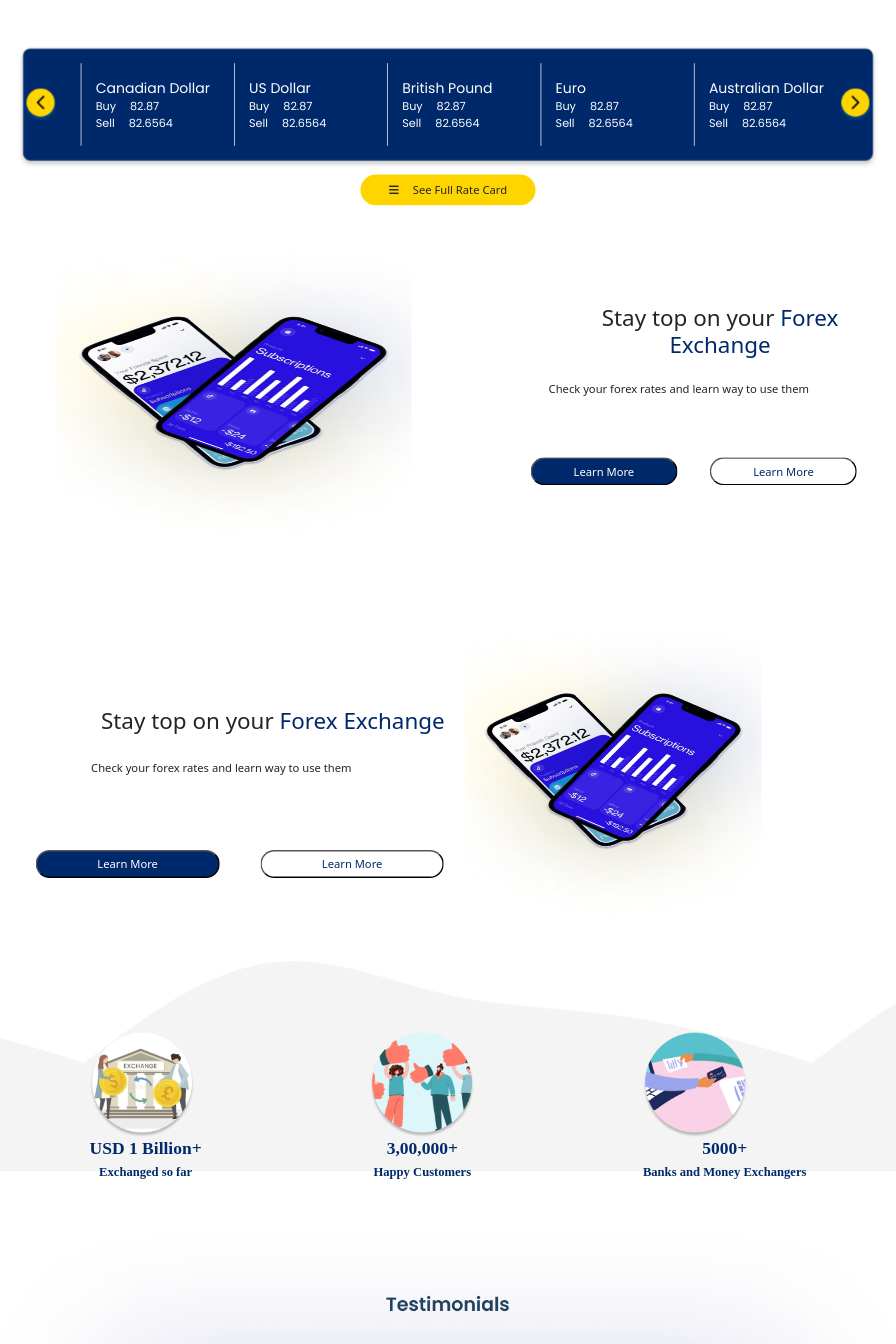
Repository: FlyweisReact/Akshadeep-latest
Page: /
An editor plug-in stored every save of this project. The page is shown before and after a run of saves, followed by the edit.
The browser window is 1280 px wide. The pictures show the part of the page from y = 715 to 2635 px (the page is 4512 px tall before and 4504 px after), at 70% of full size.
Some web libraries are served in a nearby version. The project was rebuilt for these pictures with package versions that can differ from the ones it lists, and the page was loaded fresh each time. Also part of the build but not shown: src/components/exchange.jsx, src/components/order_p1.jsx, src/components/order_p2.jsx, src/components/faas.jsx, src/components/offer.jsx, src/components/main2.jsx, src/components/home.jsx, src/components/slider.jsx and 6 more.

Above is the page before, as saved 2023-05-23 15:42:14.

### public/index.html
<!DOCTYPE html>
<html lang="en">
  <head>
    <meta charset="utf-8" />
    <link rel="icon" href="%PUBLIC_URL%/favicon.ico" />
    <meta name="viewport" content="width=device-width, initial-scale=1" />
    <meta name="theme-color" content="#000000" />
    <meta
      name="description"
      content="Web site created using create-react-app"
    />
    <link rel="apple-touch-icon" href="%PUBLIC_URL%/logo192.png" />

    <link rel="manifest" href="%PUBLIC_URL%/manifest.json" />
    <link rel="stylesheet" href="https://cdnjs.cloudflare.com/ajax/libs/font-awesome/5.15.3/css/all.min.css" />
    <link href="https://cdn.jsdelivr.net/npm/bootstrap@5.3.0-alpha1/dist/css/bootstrap.min.css" rel="stylesheet" integrity="sha384-GLhlTQ8iRABdZLl6O3oVMWSktQOp6b7In1Zl3/Jr59b6EGGoI1aFkw7cmDA6j6gD" crossorigin="anonymous">
    <title>React App</title>
  </head>
  <body>
    <noscript>You need to enable JavaScript to run this app.</noscript>
    <div id="root"></div>
    <script src="https://kit.fontawesome.com/b533b351e4.js" crossorigin="anonymous"></script>
  </body>
</html>

### src/components/Main.jsx
/** @format */

import React from "react";
import Navbar from "./navbar";
import "react-responsive-carousel/lib/styles/carousel.min.css";
import BottomCont from "./bottom_cont";
import Footer from "./footer";
import img from "../Images/a-7.png";
import img5 from "../Images/a-58.png";
import UpperForm from "./Component/Index/UpperForm";
import UpperSlider from "./Component/Index/UpperSlider";
import CurrencySlider from "./Component/Index/CurrencySlider";

function Main() {
  return (
    <>
      <Navbar />

      <div className="upper-two-component">
        <div className="left-component">
          <UpperForm />
        </div>
        <div className="right-component">
          <UpperSlider />
        </div>
      </div>

      <div className="Index-currency_cont">
        <CurrencySlider />
      </div>

      <div className="Index_center_button">
      <i className="fa-solid fa-bars"></i>
        <p>See Full Rate Card</p>
      </div>

      {/* <div className="main-mid-2-cont">
        <img src={img5} alt="" />
      </div> */}

      <div className="main-2-cont">
        <div className="main-2-left">
          <img src={img} alt="" />
        </div>
        <div className="main-2-right">
          <h2>
            Stay top on your <spam className="sp">Forex Exchange</spam>
          </h2>
          <p>Check your forex rates and learn way to use them</p>
          <div className="main-2-r-btn">
            <button className="main-2l-btn">Learn More</button>
            <button className="main-2r-btn">Learn More</button>
          </div>
        </div>
      </div>
      <div className="main-3-cont">
        <div className="main-3-left">
          <h2>
            Stay top on your <spam className="sp">Forex Exchange</spam>
          </h2>
          <p>Check your forex rates and learn way to use them</p>
          <div className="main-2-r-btn">
            <button className="main-2l-btn">Learn More</button>
            <button className="main-2r-btn">Learn More</button>
          </div>
        </div>
        <div className="main-3-right">
          <img src={img} alt="" />
        </div>
      </div>
      <BottomCont />
      <Footer />
    </>
  );
}

export default Main;

### src/Style/Header.css
/** @format */

.Sticky-Header-Companent {
  height: 100%;
  background-color: var(--white);
  position: sticky;
  top: 0;
  z-index: 999;
  padding: 20px;
  transition: box-shadow 0.3s ease;
}

.scrolled {
  box-shadow: rgba(0, 0, 0, 0.24) 0px 3px 8px;
}

.Header {
  width: 100%;
  display: flex;
  justify-content: space-between;
  align-items: center;
}

.Header .left-component a {
  font-family: InterFont;
  font-size: 2rem;
  color: #000000;
  cursor: pointer;
  text-decoration: none;
}

.Header .right-component {
  display: flex;
  gap: 20px;
}
.Header .right-component .btn1 {
  font-weight: 500;
  font-size: var(--medium-font);
  color: var(--black);
  background-color: transparent;
  border: none;
}
.Header .right-component .btn2 {
  font-size: var(--medium-font);
  color: var(--white);
  background-color : #00296B;
  border: 1px solid #00296B;
  padding: 10px;
  width: 200px;
  border-radius: var(--half-border);
}

/* Category Drop- Down */
.Drop-Category-Bar {
  display: flex;
  align-items: center;
}
.Drop-Category-Bar .left-container {
  width: 20%;
  padding: 20px;
}

.Drop-Category-Bar .right-Container {
  display: flex;
  width: 60%;
  justify-content: space-evenly;
}

.Drop-Category-Bar .left-container i {
  font-size: var(--medium-font);
  cursor: pointer;
}
.Drop-Category-Bar .right-Container #dropdown-basic {
  border: none;
  font-size: var(--medium-font);
  font-style: normal;
  line-height: 29px;
  color: #333131;
}
.Drop-Category-Bar .right-Container #dropdown-button-drop-end {
  width: 100%;
  display: flex;
  justify-content: space-between;
  gap: 20px;
  align-items: center;
  font-size: var(--small-font);
  border: none;
}
.Drop-Category-Bar .right-Container .dropdown-item {
  width: 100%;
  font-size: var(--small-font);
  border: none;
  padding-left: 12px;
}

/* FullScreen Offcanvas */
.offcanvas.offcanvas-start {
  width: 100% !important;
  background-color: transparent;
}
.offcanvas-backdrop.show {
  opacity: 0.9 !important;
}
.Offcanvas-Menu {
  position: relative;
  padding: 20px;
}
.Offcanvas-Menu .fa-x {
  font-size: var(--medium-font);
  color: #fff;
  position: absolute;
  right: 20px;
  top: 20px;
  cursor: pointer;
}
.Offcanvas-Menu .Menu-Items {
  display: flex;
  justify-content: space-evenly;
  align-items: center;
  position: absolute;
  top: 50%;
  gap: 20px;
  left: 50%;
  transform: translate(-50%, -50%);
  width: 100%;
  padding-left: 5%;
  padding-right: 5%;
}
.Offcanvas-Menu .Menu-Items div {
  width: 20%;
  cursor: pointer;
}
.Offcanvas-Menu .Menu-Items div img {
  display: block;
  margin: auto;
}
.Offcanvas-Menu .Menu-Items div a {
  text-decoration: none;
}
.Offcanvas-Menu .Menu-Items p {
  font-size: var(--medium-font);
  color: #ffffff;
  text-align: center;
  margin-top: 10px;
  font-family: OpenFont;
  text-decoration: none;
  width: 100%;
}

### src/Style/Layout.css
/**
 * Two Section Component
 *
 * @format
 */

.upper-two-component {
  display: flex;
  justify-content: space-evenly;
  padding-top: 20px;
}
.upper-two-component .left-component {
  width: 40%;
}
.upper-two-component .right-component {
  width: 50%;
}

/* Currency Container */
.Index-currency_cont {
  width: 98%;
  margin: auto;
  padding: 20px;
  filter: drop-shadow(0px 4px 4px rgba(0, 0, 0, 0.25));
  padding-top: 5%;
}

/* Rate Button */
.Index_center_button {
  width: 250px;
  background: #ffd500;
  border-radius: 27px;
  display: flex;
  gap: 20px;
  justify-content: center;
  align-items: center;
  padding: 10px;
  margin: auto;
}
.Index_center_button i {
    margin: 0;
}
.Index_center_button p{
    margin: 0;
}

### src/Style/Component.css
/**
 * Upper Form Component
 *
 * @format
 */

.Index-Upper-Form {
  width: 100%;
  padding-top: 20px;
}
.Index-Upper-Form .button-container {
  display: flex;
  align-items: center;
  justify-content: center;
  gap: 10px;
  width: 100%;
}
.Index-Upper-Form .button-container button {
  background-color: #fff;
  color: #333;
  border: 1px solid #ffd500;
  font-size: var(--small-font);
  cursor: pointer;
  padding: 10px;
  width: 20%;
  font-family: OpenFont;
  border-radius: 4px;
  transition: 0.5s;
}
.Index-Upper-Form .button-container button:hover {
  background: #ffd500;
}
.Index-Upper-Form .form-cont {
  width: 100%;
  margin-top: 10px;
  background: #00296b;
  border: 1px solid #333131;
  box-shadow: 0px 0px 100px 8px rgba(255, 213, 0, 0.3);
  border-radius: 12px;
  position: relative;
  padding: 20px;
}
.Index-Upper-Form .form-cont .form-part-1 .two-cont {
  display: flex;
  justify-content: space-between;
  width: 100%;
}
.Index-Upper-Form .form-cont .form-part-1 .two-cont div {
  width: 45%;
}
.Index-Upper-Form .form-cont .form-part-1 .two-cont div label {
  color: var(--white);
  font-size: var(--extra-small-font);
  font-family: PoppinFont;
  line-height: 24px;
  color: #ffffff;
}

.Index-Upper-Form .form-cont .form-part-1 .two-cont div select {
  width: 100%;
  margin-top: 3px;
  outline: none;
  font-size: var(--extra-small-font);
  color: #897f7f;
  font-family: PoppinFont;
  padding: 10px;
  border-radius: 4px;
  border: 1px solid #897f7f;
}
.Index-Upper-Form .form-cont .form-part-1 .rate {
  font-size: 16px;
  line-height: 24px;
  color: #ffffff;
  margin-top: 10px;
  font-family: PoppinFont;
}
.Index-Upper-Form .form-cont .form-part-1 .two-cont div input {
  width: 100%;
  margin-top: 3px;
  outline: none;
  font-size: var(--extra-small-font);
  color: #897f7f;
  font-family: PoppinFont;
  padding: 10px;
  border-radius: 4px;
  border: 1px solid #897f7f;
}
.Index-Upper-Form .form-cont .form-part-1 .two-cont div input::placeholder {
  color: #897f7f;
}
.Index-Upper-Form .form-cont .form-part-1 .two-cont .two-section {
  display: flex;
  gap: 10px;
  color: var(--white);
  margin-top: 10px;
  align-items: center;
}
.Index-Upper-Form .form-cont .form-part-1 .two-cont .two-section p {
  margin: 0;
  font-family: PoppinFont;
}
.Index-Upper-Form .form-cont .form-part-1 .two-cont .two-section button {
  background-color: #214360;
  outline: none;
  border: 1px solid #214360;
  color: var(--white);
  font-family: PoppinFont;
}
.Index-Upper-Form .form-cont .form-part-1 .two-cont .two-section i {
  color: #ffd500;
}
.Index-Upper-Form .form-cont .form-part-1 .two-cont .two-section .add {
  color: #ffd500;
  text-decoration: underline;
}
.Index-Upper-Form .form-cont .ord-btn {
  font-size: var(--medium-font);
  font-family: PoppinFont;
  background: #ffd500;
  border-radius: 30.2748px;
  border: none;
  width: 40%;
  padding: 10px;
  display: block;
  margin: auto;
  position: absolute;
  top: 98%;
  cursor: pointer;
  left: 50%;
  transform: translate(-50%, -50%);
}

/* Slick Slider */
.slick-slider-Cont {
  position: relative;
}
.slick-slider-Cont .Prev-Next_cont {
  display: flex;
  justify-content: space-between;
}
.slick-slider-Cont .Prev-Next_cont .PrevImg {
  position: absolute;
  top: 50%;
  left: 5%;
  transform: translate(-50%, -50%);
  cursor: pointer;
}
.slick-slider-Cont .Prev-Next_cont .NextImg {
  position: absolute;
  top: 50%;
  left: 95%;
  transform: translate(-50%, -50%);
  cursor: pointer;
}

.Slick-Slider {
  height: 100%;
  padding: 20px;
}
.Slick-Slider .slider-container-div {
  width: 100%;
}
.Slick-Slider .slider-container-div p {
  font-family: PoppinFont;
  font-size: 24px;
  line-height: 40px;
  color: #000;
  text-align: center;
  margin: 0;
}
.Slick-Slider .slider-container-div img {
  display: block;
  margin: auto;
}
.Slick-Slider:focus {
  border: none !important;
}
.Slick-Slider:active {
  border: none !important;
}

.Slick-Slider .slider-container-div .two-comp {
  display: flex;
  justify-content: space-evenly;
  gap: 10px;
}
.Slick-Slider .slider-container-div .two-comp .left-comp {
  width: 45%;
  position: relative;
}
.Slick-Slider .slider-container-div .two-comp .left-comp img {
  position: absolute;
  top: 50%;
  left: 50%;
  transform: translate(-50%, -50%);
}
.Slick-Slider .slider-container-div .two-comp .right-comp {
  width: 60%;
}
.Slick-Slider .slider-container-div .two-comp .right-comp div {
  display: flex;
  padding-top: 20px;
  gap: 20px;
  align-items: center;
}
.Slick-Slider .slider-container-div .two-comp .right-comp p {
  margin: 0;
  font-size: var(--extra-small-font);
  line-height: normal;
  width: 90%;
  text-align: left;
}
.Slick-Slider .slider-container-div .two-comp .right-comp i {
  margin: 0;
  background-color: #00a067;
  color: #fff;
  border-radius: 100%;
  padding: 5px;
}


/* Currency-Slider  */
.currency_slider_cont{
  background-color: #00296B;
  border: 1px solid #00296B;
  border-radius: 10px;
  position: relative;
  width: 100%;
}
.currency_slider_cont .currency_slider{
  height: 100%;
  padding: 20px;
  padding-left: 5%;
  padding-right: 5%;
}
.currency_slider_cont .currency_slider:focus {
  border: none !important;
}
.currency_slider_cont .currency_slider:active {
  border: none !important;
}

.currency_slider_cont .currency_slider .Item{
  color: #fff;
  border-right: 1px solid #fff;
  padding: 20px;
  width: 20%;
}
.currency_slider_cont .currency_slider .Item p{
  margin: 0;
}
.currency_slider_cont .currency_slider .Item .head{
  font-family: PoppinFont;
  font-size: var(--medium-font);
}
.currency_slider_cont .currency_slider .Item .two_sec{
  display: flex;
  align-items: center;
  gap: 20px;
}
.currency_slider_cont .currency_slider .Item .two_sec p{
  font-family: PoppinFont;
font-size: var(--extra-small-font);
}
.currency_slider_cont .Prev-Next_cont {
  display: flex;
  justify-content: space-between;
}
.currency_slider_cont .Prev-Next_cont .PrevImg {
  position: absolute;
  top: 50%;
  left: 2%;
  transform: translate(-50%, -50%);
  cursor: pointer;
}
.currency_slider_cont .Prev-Next_cont .NextImg {
  position: absolute;
  top: 50%;
  left: 98%;
  transform: translate(-50%, -50%);
  cursor: pointer;
}

.slick-prev:before {
  display: none !important;
}
.slick-next:before{
  display: none
  ;
}

### src/components/navbar.jsx
import Header from "./Layout/Header";

const Navbar = () => {
  return (
    <>
      <Header />

    </>
  );
};

export default Navbar;

### src/components/bottom_cont.jsx
import React from "react";
import img from "../Images/a-33.png";
import img2 from "../Images/a-34.png";
import img3 from "../Images/a-35.png";
import img4 from "../Images/a-36.png";
import img5 from "../Images/a-37.png";
import img6 from "../Images/a-51.png";

const BotCont = () => {
  return (
    <>
      <div className="bot-part-1">
        <div className="bot-cont-imgs">
          <div>
            <img src={img} />
            <h6>USD 1 Billion+</h6>
            <p>Exchanged so far</p>
          </div>
          <div>
            <img src={img2} />
            <h6>3,00,000+</h6>
            <p>Happy Customers</p>
          </div>
          <div>
            <img src={img3} />
            <h6>5000+</h6>
            <p>Banks and Money Exchangers</p>
          </div>
        </div>
      </div>
      <div className="bot-part-3">
        <img src={img6} />
      </div>
      <div className="bot-part-2">
        <h3>Media Mentions</h3>
        <div className="bot-part-2-sub">
          <div className="bot-cont-card">
            <h4>Loren Ipsum Id best Platform out there</h4>
            <p>
              Lorem Ipsum is simply dummy text of the printing and typesetting
              industry. Lorem Ipsum has been the industry's standard dummy text
              ever since the 1500s, when an unknown printer took a galley of
              type and scrambled it to make a type specimen book.
            </p>
            <div className="thin-line"></div>
            <div className="bot-cont-card-2">
              <img src={img4} />
              <p>5 star</p>
            </div>
          </div>
          <div className="bot-cont-card">
            <h4>Loren Ipsum Id best Platform out there</h4>
            <p>
              Lorem Ipsum is simply dummy text of the printing and typesetting
              industry. Lorem Ipsum has been the industry's standard dummy text
              ever since the 1500s, when an unknown printer took a galley of
              type and scrambled it to make a type specimen book.
            </p>
            <div className="thin-line"></div>
            <div className="bot-cont-card-2">
              <img src={img5} style={{height:"40px"}} />
              <p>5 star</p>
            </div>
          </div>
        </div>
      </div>
    </>
  );
};

export default BotCont;

### src/components/footer.jsx
import React from "react";

const Footer = () => {
  return (
    <footer className="footer">
      <div className="footer-cont">
        <div className="foot-row">
          <div className="foot-col">
            <h3>Company</h3>
            <p>About Us</p>
            <p>Contact Us</p>
            <p>Careers</p>
          </div>
          <div className="foot-col">
            <h3>Services</h3>
            <p>Prepaid Travel Card</p>
            <p>Foreign Demand Draft</p>
            <p>Foreign Currency</p>
            <p>Educational Loans</p>
            <p>Remmittance</p>
            <p>Travel Insurance</p>
            <p>Forex as a Service (Faas Solution)</p>
          </div>
          <div className="foot-col">
            <h3>Quick Links</h3>
            <p>FAQs</p>
            <p>Cancellation & Refund Policy</p>
            <p>Forex Rates</p>
            <p>Our Policies</p>
            <p>Terms of Use</p>
            <p>Site Map</p>
            <p>Offers</p>
          </div>
          <div className="foot-col">
            <h3>Insight</h3>
            <p>Blogs</p>
            <p>Press Release</p>
            <p>Foreign Currency</p>
            <p>Educational Loans</p>
            <p>Remmittance</p>
            <p>Travel Insurance</p>
            <p>Forex as a Service (Faas Solution)</p>
          </div>
          <div className="foot-col">
            <h3>Registered Office Address</h3>
            <p>Lorem Ipsum Pvt ltd.</p>
            <p>P-701 to P-705 lorem ipsum , 7th floor, 11th tower, panchsheel primerose, vatista
                , Gurugram, Hariyana
            </p>
            {/*<ul className="social-icons">
              <li>
                <a href="#">
                  <i className="fab fa-facebook-f"></i>
                </a>
              </li>
              <li>
                <a href="#">
                  <i className="fab fa-twitter"></i>
                </a>
              </li>
              <li>
                <a href="#">
                  <i className="fab fa-linkedin"></i>
                </a>
              </li>
              <li>
                <a href="#">
                  <i className="fab fa-instagram"></i>
                </a>
              </li>
            </ul>*/}
          </div>
        </div>
      </div>
      <div className="footer-bottom">
        <p>&copy; 2023 Forex Inc. All Rights Reserved.</p>
      </div>
    </footer>
  );
};

export default Footer;

### src/components/signup.jsx
import Button from "react-bootstrap/Button";
import Modal from "react-bootstrap/Modal";

function MyVerticallyCenteredModal(props) {
  return (
    <Modal
      {...props}
      size="lg"
      aria-labelledby="contained-modal-title-vcenter"
      centered
    >
      <Modal.Body>
        <div className="popupe-container">
          <div className="popupe">
            <span className="close" onClick={props.onHide}>
              &times;
            </span>
            <h2 className="form-title">Register</h2>
            <form>
              <div class="form-groupe">
                <label for="name" className="label-inp">Name</label>
                <input type="text" id="name" name="name" placeholder="Enter your name here" />
              </div>
              <div class="form-groupe">
                <label for="mobile" className="label-inp">Mobile Number</label>
                <input type="email" id="email" name="email" placeholder="Enter your mobile no here"/>
              </div>
              <div class="form-groupe">
                <label for="email" className="label-inp">Email</label>
                <input type="email" id="email" name="email" placeholder="Enter your email here"/>
              </div>
              <button type="submit" className="btn-form-submit">Submit</button>
            </form>
            <h2 className="form-title">Or</h2>
            <div className="form-bot-cont">
              <div className="left-btn">
                  <button className="btn-2">
                  <i class="fab fa-facebook-f fc" ></i>
                  facebook</button>
              </div>
              <div className="right-btn">
                  <button className="btn-2">
                  <i class="fab fa-google-plus-g gl"></i>
                    Google</button>
              </div>
            </div>
            </div>
          </div>
      </Modal.Body>
    </Modal>
  );
}

export default MyVerticallyCenteredModal;

### src/components/login.jsx

import Modal from "react-bootstrap/Modal";

function MyVerticallyCenteredModal(props) {
  return (
    <Modal
      {...props}
      size="lg"
      aria-labelledby="contained-modal-title-vcenter"
      centered
    >
      <Modal.Body>
        <div className="popupe-container">
          <div className="popupe">
            <span className="close" onClick={props.onHide}>
              &times;
            </span>
            <h2 className="form-title">Login</h2>
            <form>
              <div class="form-groupe">
                <label for="name" className="label-inp">Mobile Number/ Email Id</label>
                <input type="text" id="name" name="name" placeholder="Enter mobile number/ email Id" />
              </div>
              <button type="submit" className="btn-form-submit">Submit</button>
            </form>
            </div>
            <h2 className="form-title">Or</h2>
            <div className="form-bot-cont">
              <div className="left-btn">
                  <button className="btn-2">
                  <i class="fab fa-facebook-f fc" ></i>
                  facebook</button>
              </div>
              <div className="right-btn">
                  <button className="btn-2">
                  <i class="fab fa-google-plus-g gl"></i>
                    Google</button>
              </div>
            </div>
          </div>
      </Modal.Body>
    </Modal>
  );
}

export default MyVerticallyCenteredModal;

Loaded but not shown: src/Json/menu.json (187 lines, source omitted); src/components/Component/Index/UpperSlider.js (180 lines, source omitted); src/components/Component/Index/CurrencySlider.js (162 lines, source omitted); src/components/Component/Index/UpperForm.js (74 lines, source omitted); src/components/Layout/DropBar.js (60 lines, source omitted); src/components/Layout/Sidebar.js (70 lines, source omitted); src/App.js (50 lines, source omitted); src/components/Layout/Header.js (56 lines, source omitted); src/index.js (13 lines, source omitted); src/index.css (2406 lines, source omitted)

After the next 2 saves:
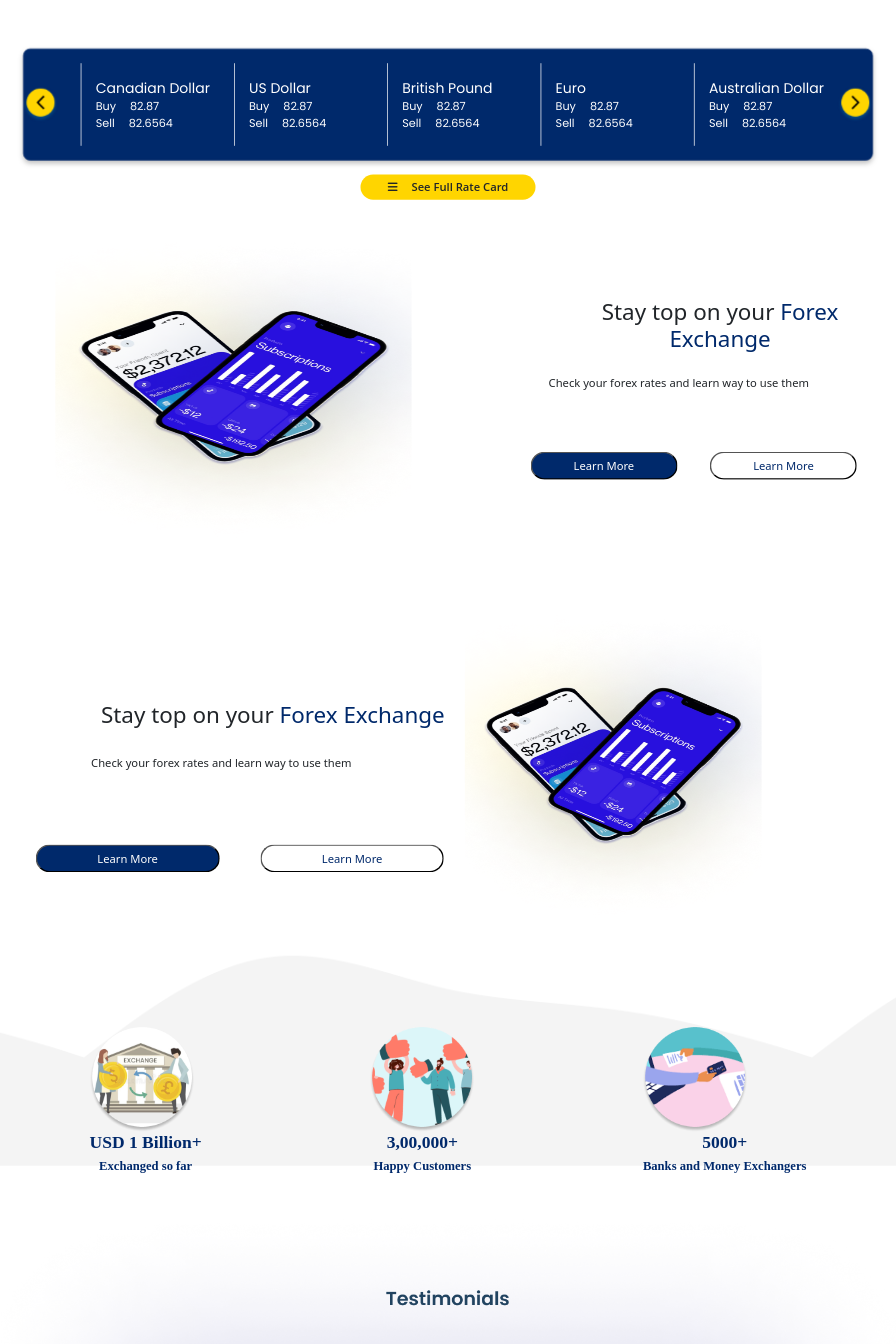
The 2 saves are shown as one change because they came seconds apart.
The last was saved 20 s later.
--- a/src/Style/Layout.css
+++ b/src/Style/Layout.css
@@ -38,8 +38,13 @@
   margin: auto;
 }
 .Index_center_button i {
-    margin: 0;
+  margin: 0;
 }
-.Index_center_button p{
-    margin: 0;
+.Index_center_button p {
+  margin: 0;
+  font-family: "Open Sans";
+  font-style: normal;
+  font-weight: 600;
+  font-size: 16px;
+  line-height: 16px;
 }
